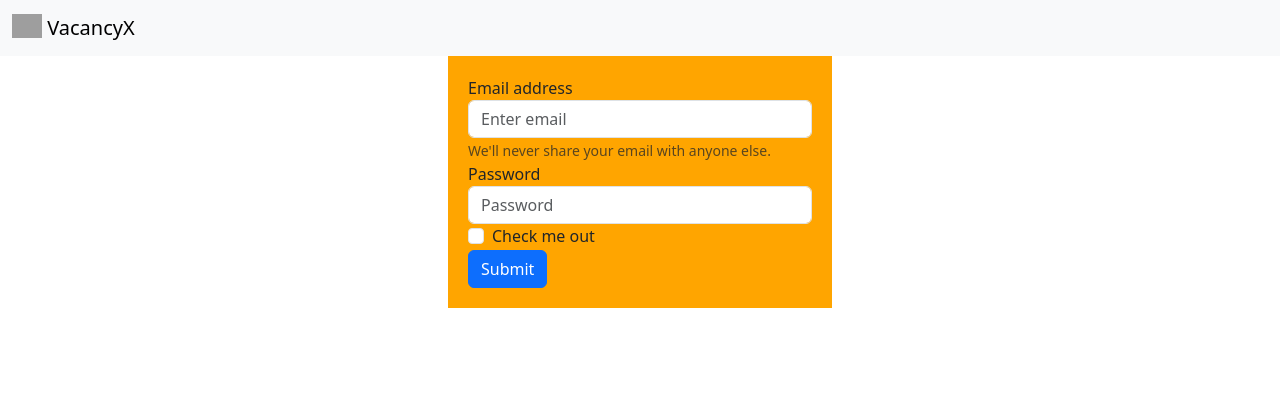
Repository: zipArk99/Vacancy-portal-serv
Page: http://localhost/VacancyPortal/
The author's editor kept a copy of each file at every save. The page is drawn from the files as they stood at one save, then again after the next save.
The browser window is 1280 px wide. The pictures show the whole page.
Pictures or frames that could not be fetched are drawn as grey boxes. The page is served by Tomcat 9. Other server files are loaded and not shown.

Above is the page before, as saved 2024-08-14 10:13:15.

### VacancyPortal/src/main/webapp/index.jsp
<%@ page language="java" contentType="text/html; charset=UTF-8"
	pageEncoding="UTF-8"%>
<%@ taglib prefix="c" uri="http://java.sun.com/jsp/jstl/core"%>
<%@ page isELIgnored="false" %>
<!DOCTYPE html>
<html>
<head>
 <meta charset="utf-8">
    <meta name="viewport" content="width=device-width, initial-scale=1">
    <title>SOAP Registration</title>
    <link href="https://cdn.jsdelivr.net/npm/bootstrap@5.3.3/dist/css/bootstrap.min.css" rel="stylesheet" integrity="sha384-QWTKZyjpPEjISv5WaRU9OFeRpok6YctnYmDr5pNlyT2bRjXh0JMhjY6hW+ALEwIH" crossorigin="anonymous">
</head>
<body>
<%@ include file="header.jsp" %>

<div style="width:30%; margin: auto; background-color:orange; padding:20px;">
<form action="#" method="POST">

  <div class="form-group">
    <label for="exampleInputEmail1">Email address</label>
    <input type="email" name="email" class="form-control" id="exampleInputEmail1" aria-describedby="emailHelp" placeholder="Enter email">
    <small id="emailHelp" class="form-text text-muted">We'll never share your email with anyone else.</small>
  </div>
  <div class="form-group">
    <label for="exampleInputPassword1">Password</label>
    <input name="password" type="password" class="form-control" id="exampleInputPassword1" placeholder="Password">
  </div>
  <div class="form-group form-check">
    <input type="checkbox" class="form-check-input" id="exampleCheck1" name="check">
    <label class="form-check-label" for="exampleCheck1">Check me out</label>
  </div>
  <button type="submit" class="btn btn-primary">Submit</button>
</form>
</div>
</body>
</html>

### VacancyPortal/src/main/webapp/header.jsp
<%@ page language="java" contentType="text/html; charset=UTF-8"
    pageEncoding="UTF-8"%>
<!DOCTYPE html>
<html>
  <head>
    <meta charset="utf-8">
    <meta name="viewport" content="width=device-width, initial-scale=1">
    <title>Bootstrap demo</title>
    <link href="https://cdn.jsdelivr.net/npm/bootstrap@5.3.3/dist/css/bootstrap.min.css" rel="stylesheet" integrity="sha384-QWTKZyjpPEjISv5WaRU9OFeRpok6YctnYmDr5pNlyT2bRjXh0JMhjY6hW+ALEwIH" crossorigin="anonymous">
  </head>
<body>

<nav class="navbar navbar-light bg-light">
  <div class="container-fluid">
    <a class="navbar-brand" href="#">
      <img src="/docs/5.0/assets/brand/bootstrap-logo.svg" alt="" width="30" height="24" class="d-inline-block align-text-top">
      VacancyX
    </a>
  </div>
</nav>
</body>
</html>

After the next save:
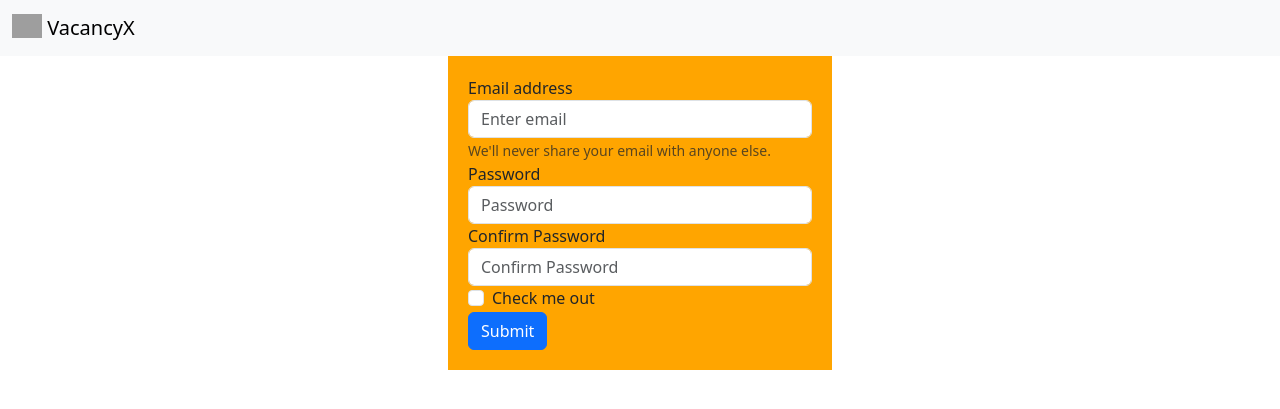
Saved 60 s later.
--- a/VacancyPortal/src/main/webapp/index.jsp
+++ b/VacancyPortal/src/main/webapp/index.jsp
@@ -25,6 +25,11 @@
     <label for="exampleInputPassword1">Password</label>
     <input name="password" type="password" class="form-control" id="exampleInputPassword1" placeholder="Password">
   </div>
+
+   <div class="form-group">
+    <label for="exampleInputPassword1">Confirm Password</label>
+    <input name="password" type="password" class="form-control" id="exampleInputPassword1" placeholder="Confirm Password">
+  </div>
   <div class="form-group form-check">
     <input type="checkbox" class="form-check-input" id="exampleCheck1" name="check">
     <label class="form-check-label" for="exampleCheck1">Check me out</label>
